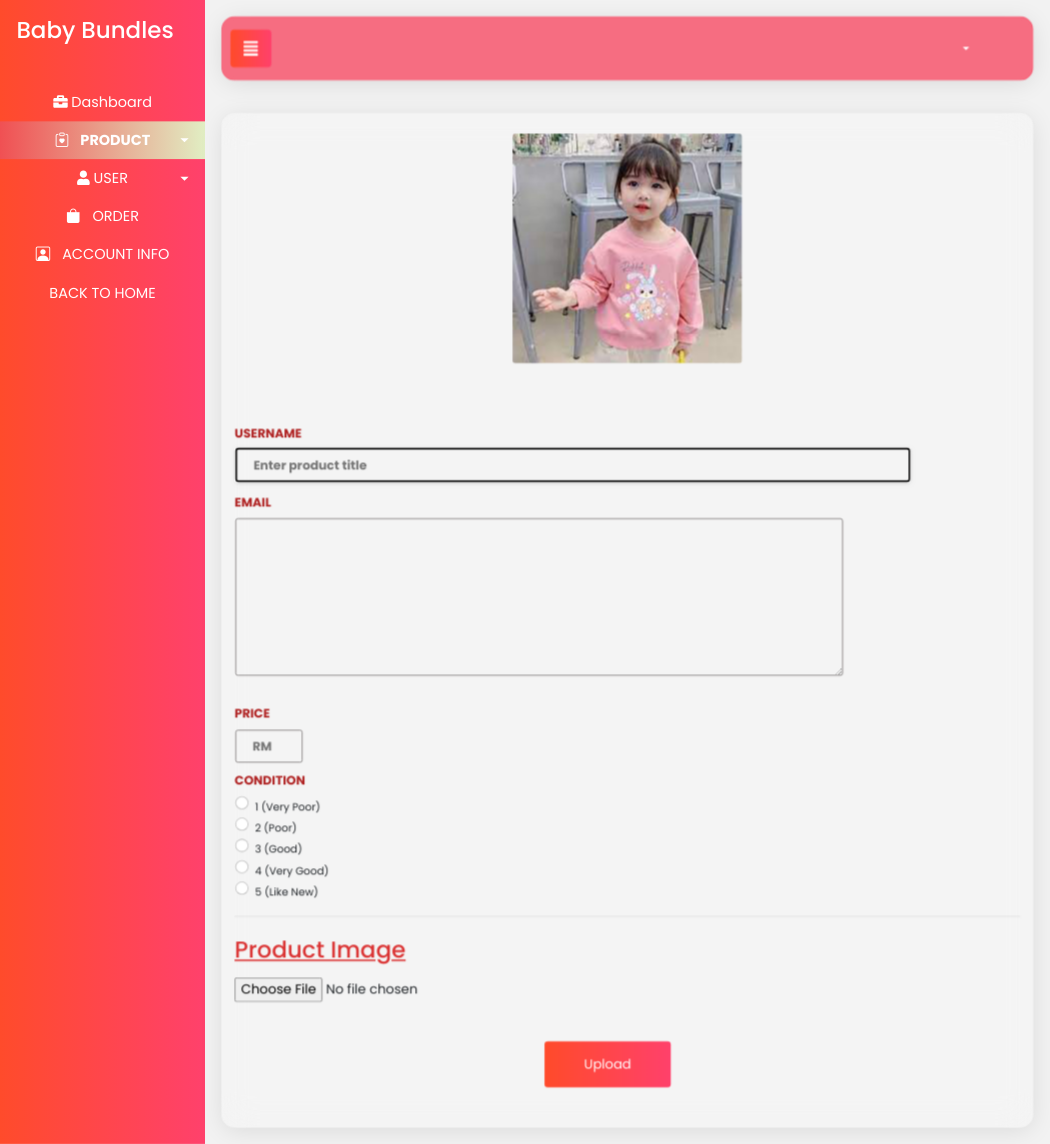
Repository: jiahow99/Baby-Bundles-University
Page: http://localhost/admin-edituser.php
These files come from the project's save history. The page is drawn as it stood at one moment and after the next save; the edit follows.
The browser window is 1280 px wide. The pictures show the whole page, at 82% of full size.
Some web libraries are served in a nearby version. The page is run by PHP 8.4 with error messages shown; the project is at /var/www/html/.

Above is the page before, as saved 2022-11-25 00:57:17.

After the next save:
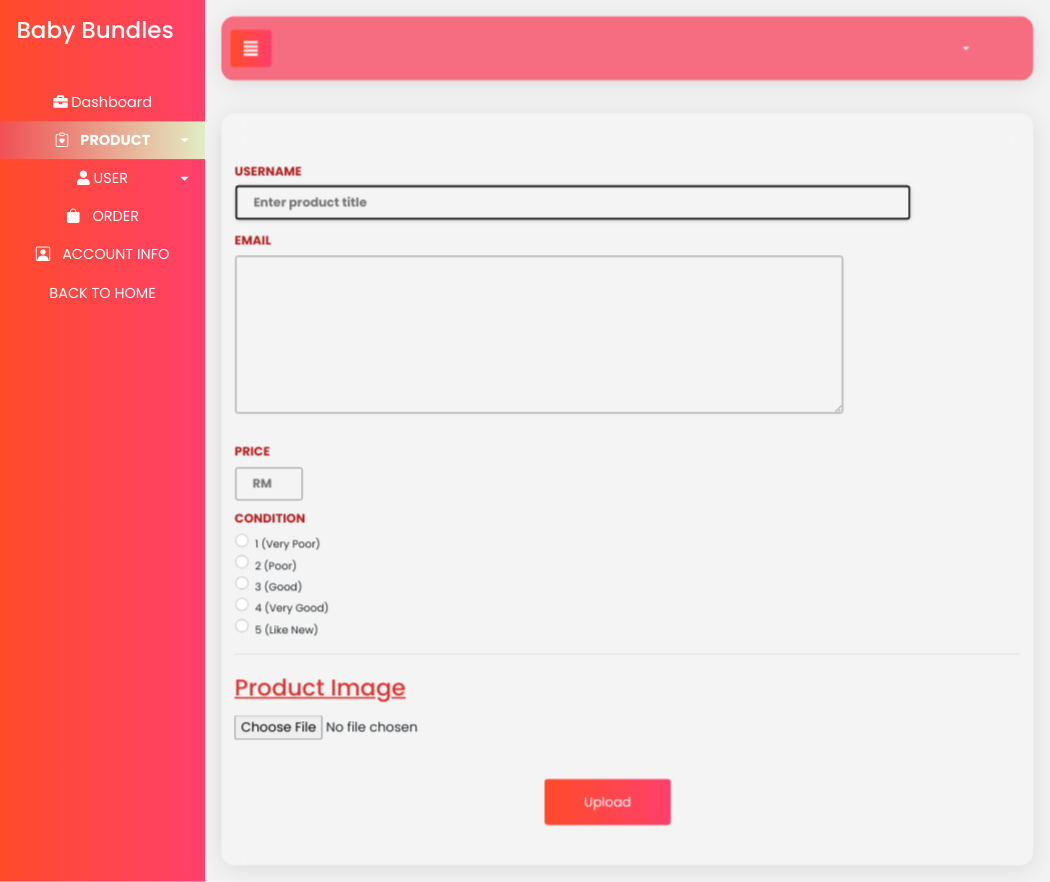
Saved 12 s later.
--- a/admin-edituser.php
+++ b/admin-edituser.php
@@ -40,9 +40,6 @@
             <?php require 'admin-topnavbar.php' ?>
 
             <form class="container glass" id="edit-user">
-                <div class="row justify-content-center">
-                    <img src="img/top/top01.jpg" alt="" width="280px" class="rounded mt-4 mb-3">
-                </div>
                 <div class="row mt-5">
                     <label for="" class="name text-uppercase col-12">Username</label>
                     <input class="input--style-6 col-10 ml-3" type="text" name="title" placeholder="Enter product title" required autofocus>
